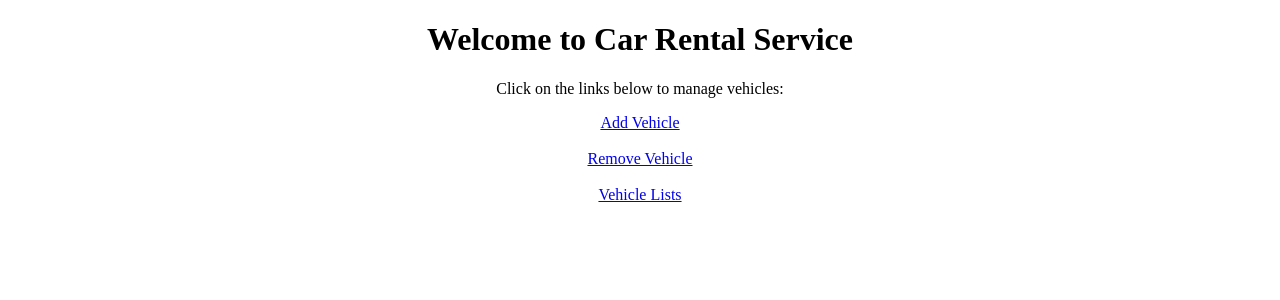
Repository: harsh23012/InfiniteProjects
Page: CarRent/carrent/src/main/webapp/Main.html
These files come from the project's save history. The page is drawn as it stood at one moment and after the next save; the edit follows.
The browser window is 1280 px wide. The pictures show the whole page.

Above is the page before, as saved 2025-05-03 06:48:55.

### CarRent/carrent/src/main/webapp/Main.html
<!DOCTYPE html>
<html>
<head>
<meta charset="UTF-8">
<title>Insert title here</title>
</head>
<body>
	 <center>
        <h1>Welcome to Car Rental Service</h1>

        <p>Click on the links below to manage vehicles:</p>

        <!-- Link to add vehicle page -->
        <a href="AddVehicle.html">Add Vehicle</a><br><br>

        <!-- Link to remove vehicle page -->
        <a href="RemoveVehicle.html">Remove Vehicle</a><br><br>

        <!-- Link to list of available vehicle page -->
        <a href="AvailVehicle.html">Vehicle Lists</a>
    </center>

</body>
</html>

After the next save:
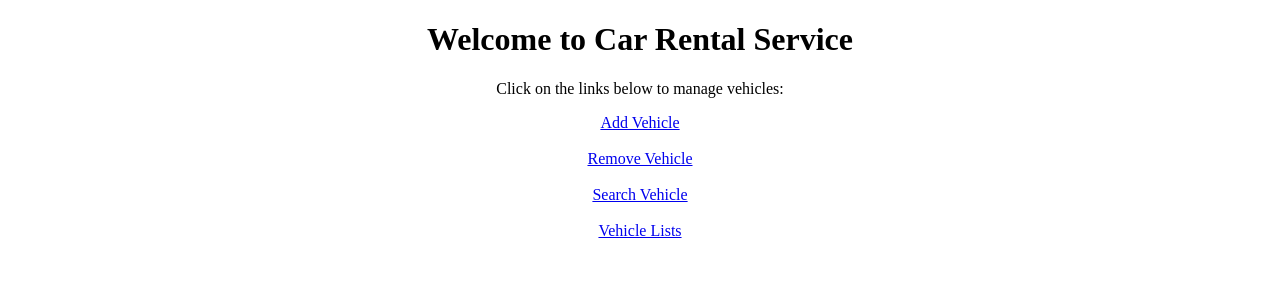
Saved 52 s later.
--- a/CarRent/carrent/src/main/webapp/Main.html
+++ b/CarRent/carrent/src/main/webapp/Main.html
@@ -16,6 +16,9 @@
         <!-- Link to remove vehicle page -->
         <a href="RemoveVehicle.html">Remove Vehicle</a><br><br>
 
+        <!-- Link to search vehicle page -->
+        <a href="SearchVehicle.html">Search Vehicle</a><br><br>
+
         <!-- Link to list of available vehicle page -->
         <a href="AvailVehicle.html">Vehicle Lists</a>
     </center>
